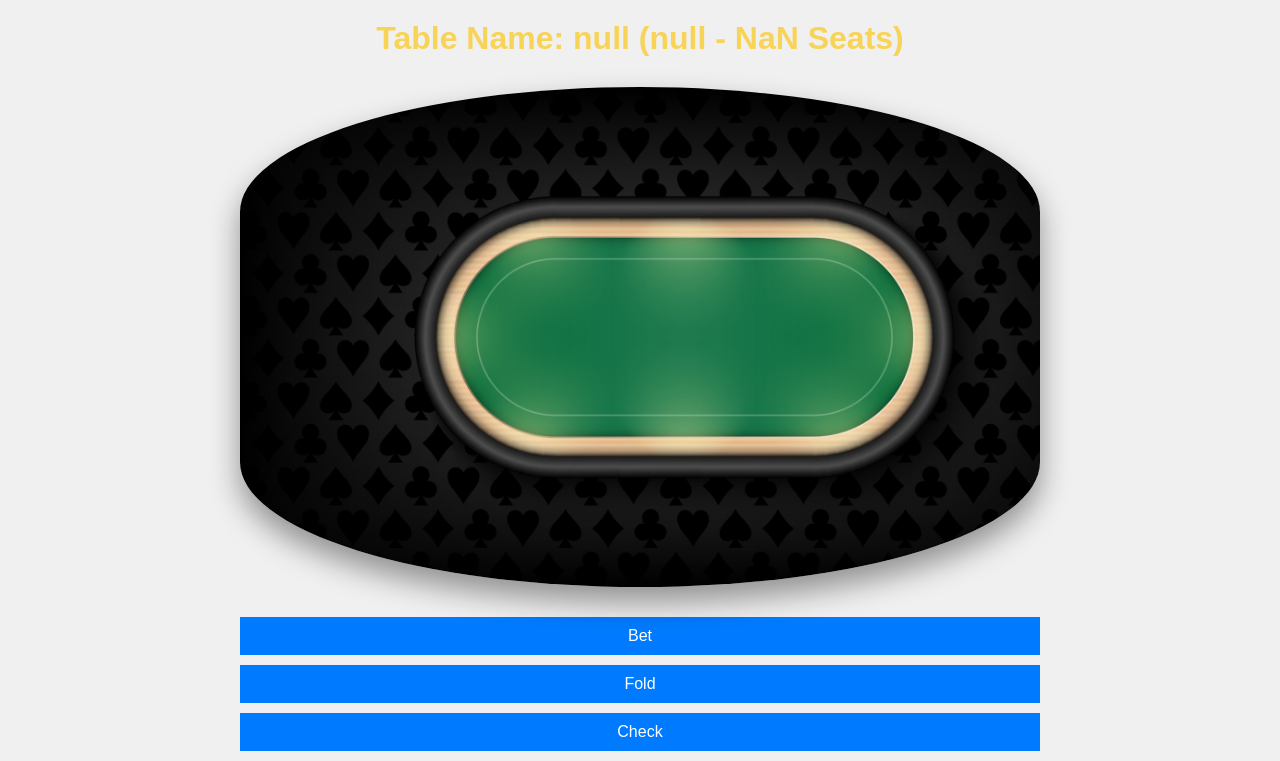
Repository: KidBillionaire/newapp
Page: public/playTable.html
The author's editor kept a copy of each file at every save. The page is drawn from the files as they stood at one save, then again after the next save.
The browser window is 1280 px wide. The pictures show the whole page.

Above is the page before, as saved 2024-10-10 17:14:05.

After the next save:
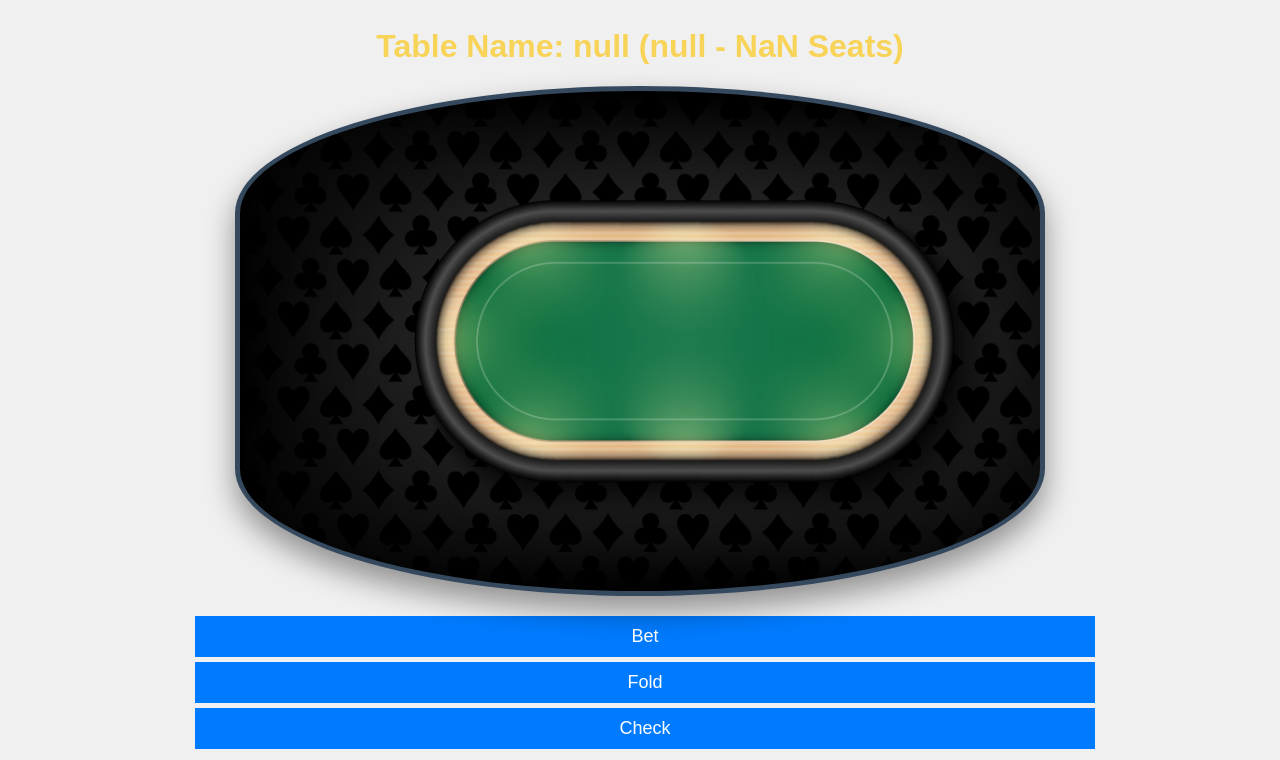
Saved 40 s later.
--- a/public/styles.css
+++ b/public/styles.css
@@ -301,3 +301,47 @@ body.create-table-page {
     justify-content: center;
     font-size: 20px;
   }
+
+  .container {
+    width: 900px;
+    margin: 0 auto;
+}
+
+#pokerTableContainer {
+    width: 800px;
+    height: 500px;
+    background-color: #2c3e50;
+    border-radius: 50% / 25%; /* Oval shape */
+    margin: 20px auto;
+    position: relative;
+    border: 5px solid #34495e;
+}
+
+.seat {
+    width: 50px;
+    height: 50px;
+    background-color: #e74c3c;
+    border-radius: 50%;
+    display: flex;
+    align-items: center;
+    justify-content: center;
+    color: #fff;
+    position: absolute;
+    cursor: pointer;
+    transition: background 0.3s ease;
+}
+
+.seat:hover {
+    background-color: #ff6347;
+}
+
+#actionsContainer {
+    text-align: center;
+    margin-top: 20px;
+}
+
+button {
+    margin: 5px;
+    padding: 10px 20px;
+    font-size: 18px;
+}
